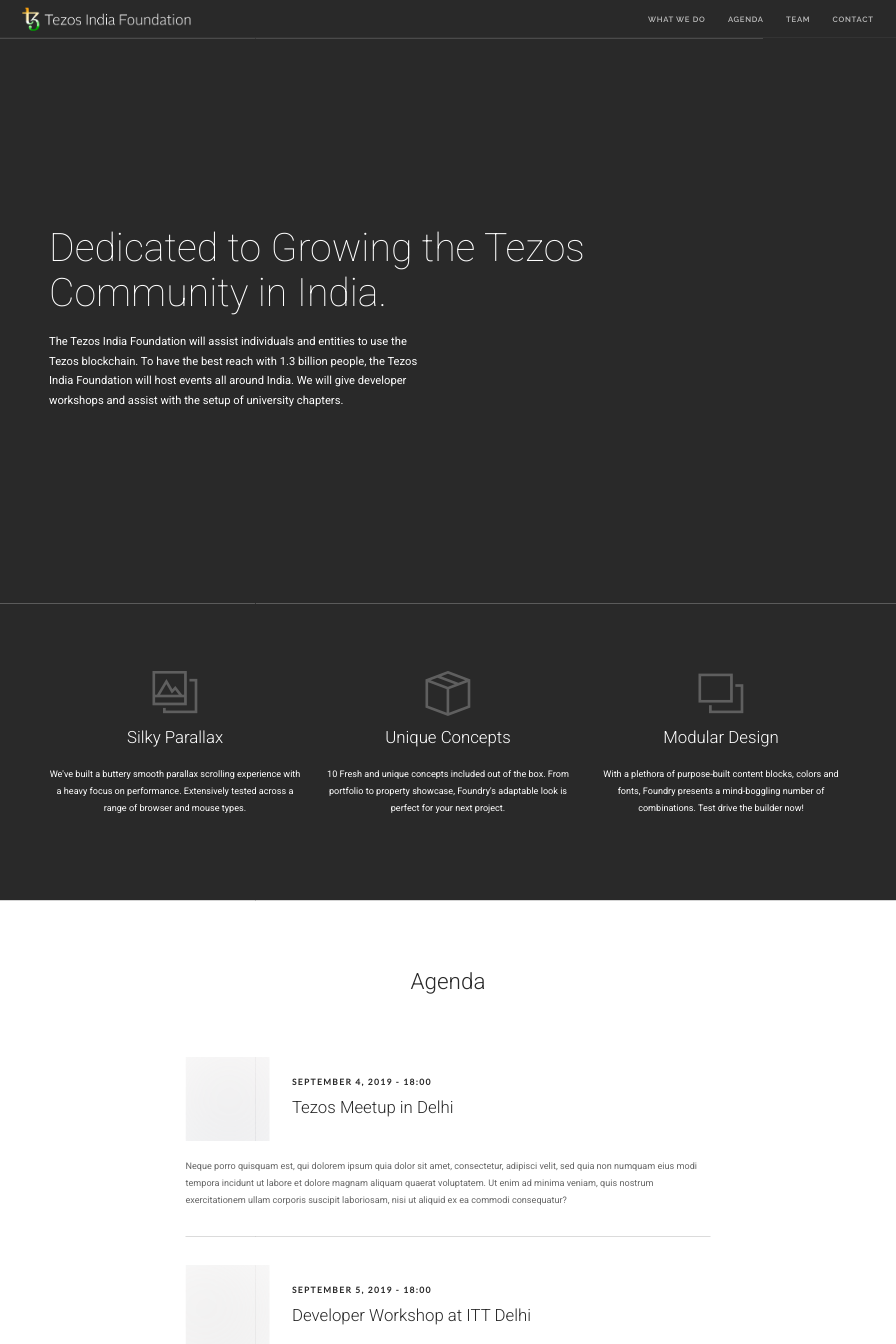
Repository: Tezos-India-Foundation/TIF-Website
Page: Tezos India Website/page.html
The author's editor kept a copy of each file at every save. The page is drawn from the files as they stood at one save, then again after the next save.
The browser window is 1280 px wide. The pictures show the part of the page from y = 0 to 1920 px (the page is 3562 px tall), at 70% of full size.

Above is the page before, as saved 2019-08-06 15:52:33.

After the next save:
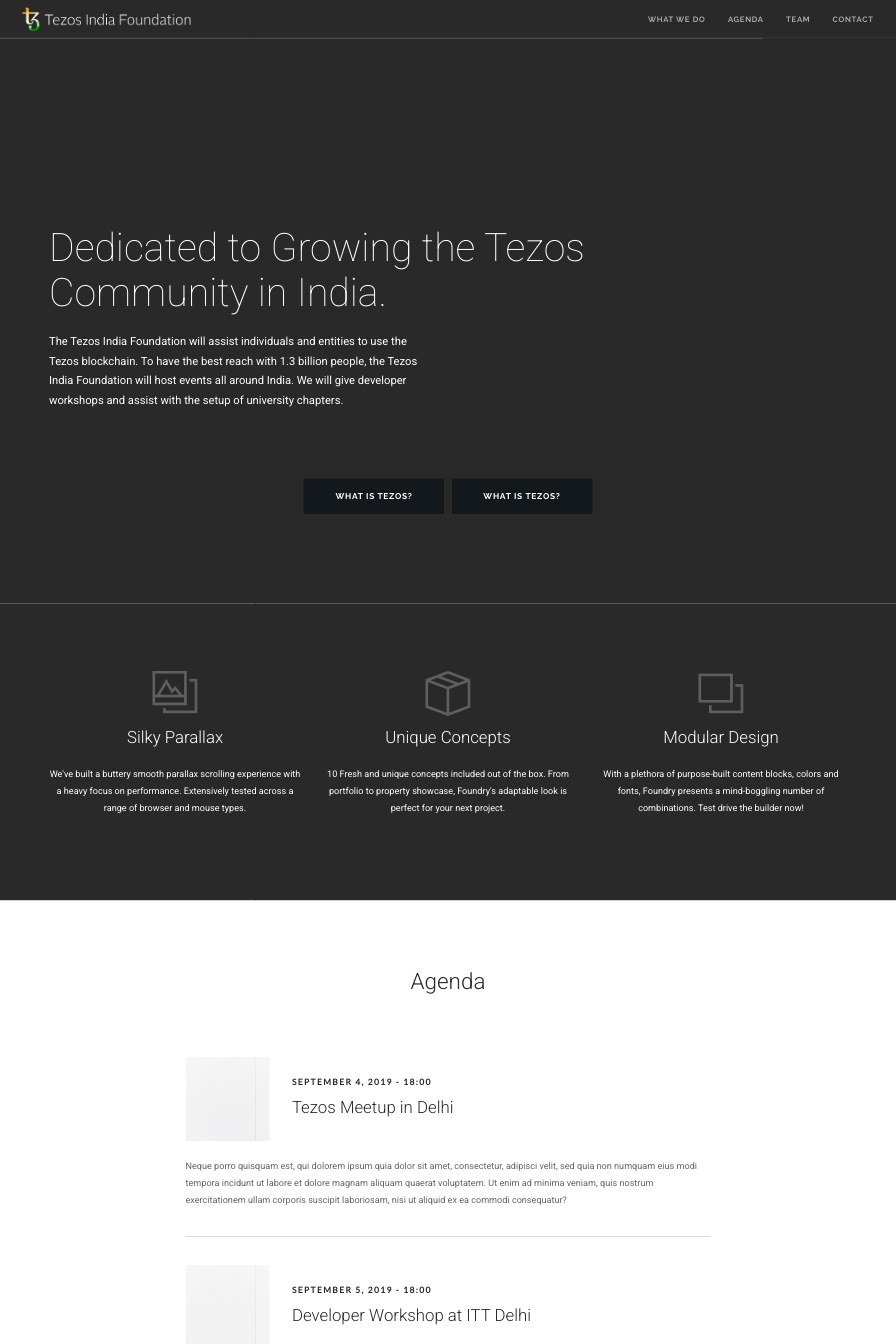
Saved 3 min 33 s later.
--- a/Tezos India Website/page.html
+++ b/Tezos India Website/page.html
@@ -192,6 +192,11 @@
 							chapters.&nbsp;</p>
 					</div>
 				</div>
+
+				<div class="align-bottom relative-xs text-center">
+						<a class="btn btn-lg mb32 mt-xs-40 btn-filled" href="#">What is Tezos?</a>
+						<a class="btn btn-lg mb32 mt-xs-40 btn-filled" href="#">What is Tezos?</a>
+					</div>
 
 
 
